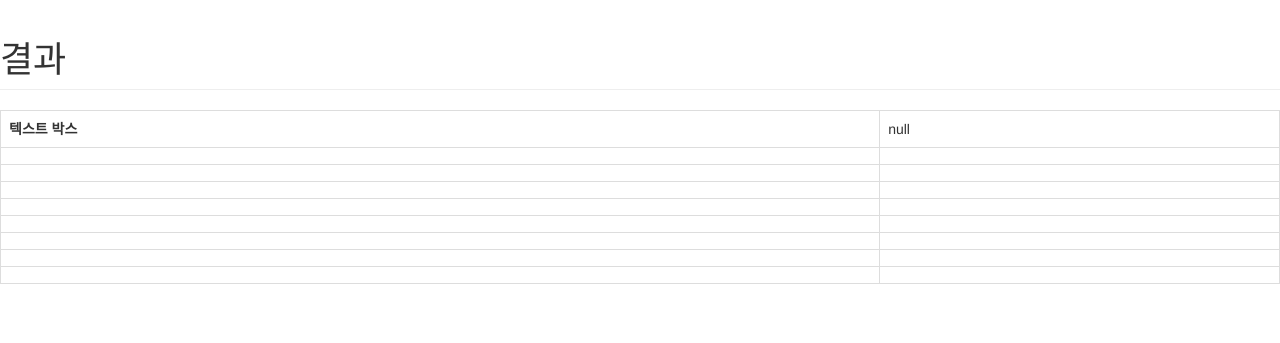
Repository: Hwang-97/HhwDesktop
Page: http://localhost/jspTest/ex04ok.jsp
These files come from the project's save history. The page is drawn as it stood at one moment and after the next save; the edit follows.
The browser window is 1280 px wide. The pictures show the whole page.
The page is served by Tomcat 9.

Above is the page before, as saved 2022-01-06 05:07:35.

### server/jspTest/src/main/webapp/ex04ok.jsp
<%@ page language="java" contentType="text/html; charset=UTF-8"
    pageEncoding="UTF-8"%>
<%

	request.setCharacterEncoding("UTF-8");
	String txt1 = request.getParameter("txt1");

%>
<!DOCTYPE html>
<html>
<head>
<meta charset="UTF-8">
<title>Insert title here</title>
</head>
<%@include file="/inc/asset.jsp" %>
<body>

	<div>
		<h1 class =  "page-header" >결과</h1>
			<table class="table table-bordered">
				<tr>
					<th>텍스트 박스</th>
					<td><%=txt1 %></td>
				</tr>
				<tr>
					<th></th>
					<td></td>
				</tr>
				<tr>
					<th></th>
					<td></td>
				</tr>
				<tr>
					<th></th>
					<td></td>
				</tr>
				<tr>
					<th></th>
					<td></td>
				</tr>
				<tr>
					<th></th>
					<td></td>
				</tr>
				<tr>
					<th></th>
					<td></td>
				</tr>
				<tr>
					<th></th>
					<td></td>
				</tr>
				<tr>
					<th></th>
					<td></td>
				</tr>
			</table>
	</div>

</body>
</html>

### server/jspTest/src/main/webapp/inc/asset.jsp
<%@ page language="java" contentType="text/html; charset=UTF-8"
    pageEncoding="UTF-8"%>

<link rel="stylesheet" href="/jsp/asset/css/bootstrap.css">

<script src="/jsp/asset/js/jquery-1.12.4.js"></script>
<script src="/jsp/asset/js/bootstrap.js"></script>

Loaded but not shown: server/jspTest/src/main/webapp/asset/css/bootstrap.css (library); server/jspTest/src/main/webapp/asset/js/jquery-1.12.4.js (library); server/jspTest/src/main/webapp/asset/js/bootstrap.js (library)

After the next save:
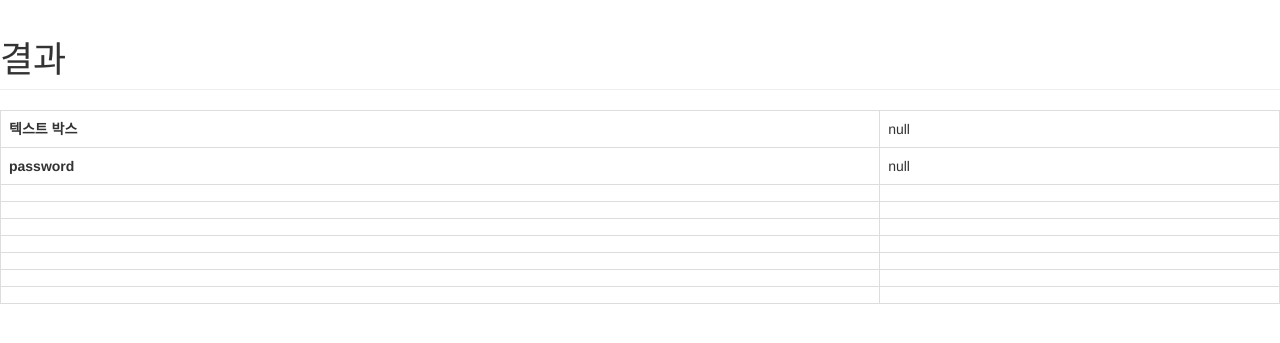
Saved 1 s later.
--- a/server/jspTest/src/main/webapp/ex04ok.jsp
+++ b/server/jspTest/src/main/webapp/ex04ok.jsp
@@ -4,6 +4,7 @@
 
 	request.setCharacterEncoding("UTF-8");
 	String txt1 = request.getParameter("txt1");
+	String pass = request.getParameter("pass");
 
 %>
 <!DOCTYPE html>
@@ -23,8 +24,8 @@
 					<td><%=txt1 %></td>
 				</tr>
 				<tr>
-					<th></th>
-					<td></td>
+					<th>password</th>
+					<td><%=pass %></td>
 				</tr>
 				<tr>
 					<th></th>
